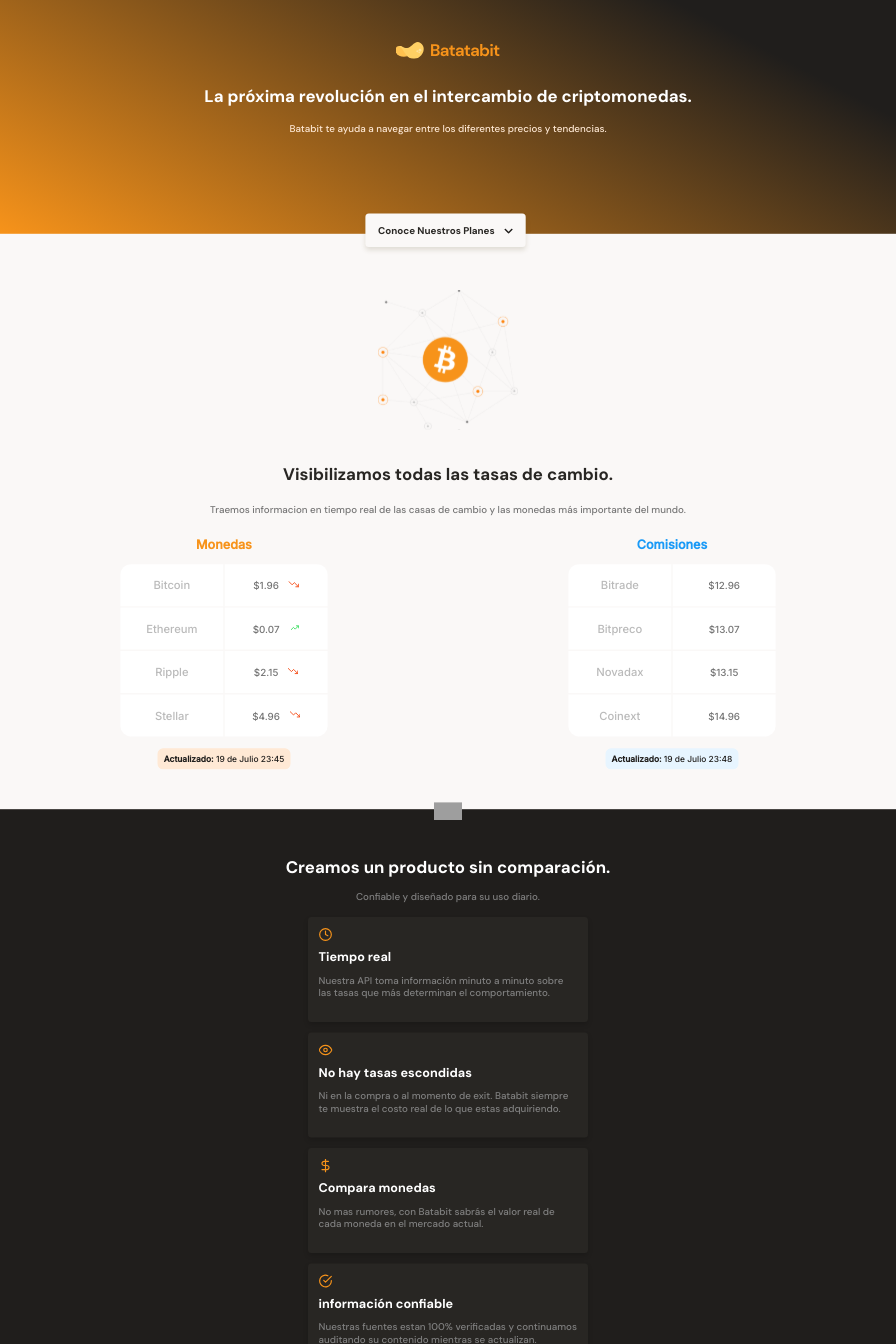
Repository: EnzoSz/Mobile-First
Page: index.html
These files come from the project's save history. The page is drawn as it stood at one moment and after the next save; the edit follows.
The browser window is 1280 px wide. The pictures show the part of the page from y = 0 to 1920 px (the page is 2982 px tall), at 70% of full size.
Pictures or frames that could not be fetched are drawn as grey boxes.

Above is the page before, as saved 2021-02-05 13:20:57.

### index.html
<!DOCTYPE html>
<html lang="en">
<head>
    <meta charset="UTF-8">
    <meta name="viewport" content="width=device-width, initial-scale=1.0">
    <title>Document</title>
    <link rel="preconnect" href="https://fonts.gstatic.com">
    <link href="https://fonts.googleapis.com/css2?family=DM+Sans:wght@400;500;700&family=Inter:wght@300;500&display=swap" rel="stylesheet">
    <link rel="stylesheet" href="./estilos.css">
</head>
<body>
    <header>
        <img src="./assets/img/logo.svg" alt="">
        <div class="header--title-container">
            <h1>La próxima revolución en el intercambio de criptomonedas.</h1>
            <p>Batabit te ayuda a navegar entre los diferentes precios y tendencias.</p>
            <a href="#plans" class="header--button">Conoce Nuestros Planes <span></span></a>
        </div>
    </header>
    <main>
        <section class="main-exchange-container">
            <div class="backgroundImg"></div>
            <div class="main.exchange-container--title">
                <h2>Visibilizamos todas las tasas de cambio.</h2>
                <p>
                    Traemos informacion en  tiempo real de las casas de cambio y las monedas más importante del mundo.

                </p>
            </div>
            <section class="main-tables-container">
                <div class="main-currency-table">
                    <p class="currency-table--title">Monedas</p>
                    <div class="currency-table--container">
                        <table>
                            <tr>
                                <td class="table__top-left">Bitcoin</td>
                                <td class="table__top-right table__right">$1.96 <span class="down"></span></td>
                            </tr>
                            <tr>
                                <td>Ethereum</td>
                                <td class="table__right">$0.07 <span class="up"></span></td>
                            </tr>
                            <tr>
                                <td>Ripple</td>
                                <td class="table__right">$2.15 <span class="down"></span></td>
                            </tr>
                            <tr>
                                <td class="table__bottom-left">Stellar</td>
                                <td class="table__bottom-right table__right">$4.96 <span class="down"></span></td>
                            </tr>
                        </table>
                    </div>
                    <div class="currency-table-date">
                        <p>
                            <b>Actualizado:</b> 19 de Julio 23:45
                        </p>
                    </div>
                </div>
                <div class="main-commissions-table">
                    <p class="commissions-table--title">Comisiones</p>
                    <div class="commissions-table--container">
                        <table>
                            <tr>
                                <td class="table__top-left">Bitrade</td>
                                <td class="table__top-right table__right">$12.96</td>
                            </tr>
                            <tr>
                                <td>Bitpreco</td>
                                <td class="table__right">$13.07</td>
                            </tr>
                            <tr>
                                <td>Novadax</td>
                                <td class="table__right">$13.15</td>
                            </tr>
                            <tr>
                                <td class="table__bottom-left">Coinext</td>
                                <td class="table__bottom-right table__right">$14.96</td>
                            </tr>
                        </table>
                    </div>
                    <div class="commissions-table-date">
                        <p>
                            <b>Actualizado:</b> 19 de Julio 23:48
                        </p>
                    </div>
                </div>
            </section>
        </section>
        <section class="main-product-detail">
            <span class="product-detail--batata-logo"></span>
            <div class="product-detail--title">
                <h2>
                    Creamos un producto sin comparación.
                </h2>
                <p>
                    Confiable y diseñado para su uso diario.
                </p>
            </div>
            <section class="product-cards--container">
                <article class="product-detail--card">
                    <span class="icon-card clock"></span>
                    <p class="product--card-title">Tiempo real</p>
                    <p class="product--card-body">
                        Nuestra API toma información minuto a minuto sobre las tasas que más determinan el comportamiento.
                    </p>
                </article>
                <article class="product-detail--card">
                    <span class="icon-card eye "></span>
                    <p class="product--card-title">No hay tasas escondidas</p>
                    <p class="product--card-body">
                        Ni en la compra o al momento de exit. Batabit siempre te muestra el costo real de lo que estas adquiriendo.
                    </p>
                </article>
                <article class="product-detail--card">
                    <span class="icon-card dollar "></span>
                    <p class="product--card-title">Compara monedas</p>
                    <p class="product--card-body">
                        No mas rumores, con Batabit sabrás el valor real de cada moneda en el mercado actual.
                    </p>
                </article>
                <article class="product-detail--card">
                    <span class="icon-card check "></span>
                    <p class="product--card-title">información confiable</p>
                    <p class="product--card-body">
                        Nuestras fuentes estan 100% verificadas y continuamos auditando su contenido mientras se actualizan.
                    </p>
                </article>
            </section>

        </section>
        <section class="bitcoin-img-container">
            <h2>Conócelo hoy.</h2>
        </section>
        <section id="plans" class="main-plans-container">
            <div class="plans--title">
                <h2>Escoge un plan que mejor se ajuste a ti.</h2>
                <p>Cualquier plan te da acceso completo a nuestra plataforma.</p>
            </div>
            <section class="plans-container--slider">
                <article class="plan-container--card">
                    <p class="recomendado">Recomendado</p>
                    <div class="plan-info-container">
                        <h3 class="plan-card--title">Pago Anual</h3>
                        <p class="plan-card--price"><span>$</span>99</p>
                        <p class="plan-card--saving">* Ahorras $129 comparado al plan mensual.</p>
                        <button class="plan-card--ca">Escoger este <span></span></button>
                    </div>
                </article>
                <article class="plan-container--card">
                    <p class="basico">Basico</p>
                    <div class="plan-info-container">
                        <h3 class="plan-card--title">Pago Mensual</h3>
                        <p class="plan-card--price"><span>$</span>150</p>
                        <p class="plan-card--saving">* Contas con todos los beneficios.</p>
                        <button class="plan-card--ca">Escoger este <span></span></button>
                    </div>
                </article>
                <article class="plan-container--card">
                    <p class="premium">Premiun</p>
                    <div class="plan-info-container">
                        <h3 class="plan-card--title">Pago Anual</h3>
                        <p class="plan-card--price"><span>$</span>200</p>
                        <p class="plan-card--saving">* Podrás invitar a un familiar o amigo.</p>
                        <button class="plan-card--ca">Escoger este <span></span></button>
                    </div>
                </article>
            </section>
        </section>
    </main>
    <footer></footer>
</body>
</html>

### estilos.css
/*
1. Posicionamiento
2. Modelo de caja (Box model)
3. Tipografía
4. Visuales
5. Otros
*/
:root {
    /*Colores */
    --bitcoin-orange: #F7931A;
    --soft-orange: #FFE9D5;
    --secondary-blue: #1A9AF7;
    --soft-blue: #E7F5FF;
    --warm-black: #201E1C;
    --warm-black1: #282623;
    --grey: #BABABA;
    --off-white: #FAF8F7;
    --just-white: #FFFFFF;
}
* {
    box-sizing: border-box;
    margin: 0;
    padding: 0;
}
html {
    font-size: 62.5%;
    font-family: 'DM Sans', sans-serif;
}
header {
    position: relative;
    display: flex;
    flex-direction: column;
    justify-content: center;
    width: 100%;
    min-width: 32rem;
    height: 33.4rem;
    text-align: center;
    background: linear-gradient(207.8deg, #201E1C 16.69%, #F7931A 100%);;
}
header img {
    width: 15rem;
    height: 2.4rem;
    margin-top: 6.0rem;
    align-self:center;
}
.header--title-container {
    width: 90%;
    min-width: 28.8rem;
    max-width: 90rem;
    height: 21.8rem;
    margin-top: 4rem;
    text-align: center;
    align-self:center;

}
.header--title-container h1 {
    font-size: 2.4rem;
    font-weight: bold;
    line-height: 2.6rem;
    color: var(--just-white);
}
.header--title-container p {
    margin-top: 25px;
    font-size: 1.4rem;
    font-weight: 500;
    line-height: 1.8rem;
    color: var(--soft-orange);
}
.header--title-container .header--button {
    position: absolute;
    left: calc(50% - 118px);
    top: 270px;
    display: block;
    margin-top: 35px;
    padding: 15px;
    width: 229px;
    height: 48px;
    background-color: var(--off-white);
    /*Sombra*/
    box-shadow: 0px 4px 8px rgba(89, 73, 30, 0.16);
    border: none;
    border-radius: 5px;
    font-size: 1.4rem;
    font-weight: bold;
    text-decoration: none;
    color: var(--warm-black1);
}
.header--button span {
    display: inline-block;
    width: 13px;
    height: 8px;
    margin-left: 10px;
    background-image: url('./assets/icons/arrow-down.svg');
}
main {
    width: 100%;
    height: auto;
    background-color: var(--off-white);
}
.main-exchange-container {
    width: 100%;
    height: auto;
    padding-top: 80px;
    padding-bottom: 30px;
    text-align: center;
}
.main-exchange-container--title {
    width: 90%;
    min-width: 288px;
    max-width: 900px;
    margin: 0 auto;
}
.main-exchange-container .backgroundImg {
    width: 200px;
    height: 200px;
    margin: 0 auto;
    margin-bottom: 50px;
    background-image:url('./assets/img/bitcoin.svg');
    background-size: cover;
    background-position: center;
    background-repeat: no-repeat;
}
.main-exchange-container h2 {
    margin-bottom: 30px;
    font-size: 2.4rem;
    font-weight: bold;
    line-height: 2.6rem;
    color: var(--warm-black1);
}
.main-exchange-container p {
    margin-bottom: 30px;
    font-size: 1.4rem;
    font-weight: 500;
    line-height: 1.6rem;
    color: #757575;
}
.main-tables-container {
    display: flex;
    height: 360px;
    overflow-x: scroll;
    overscroll-behavior: contain;
    scroll-snap-type: x proximity;
}
.main-currency-table, .main-commissions-table {
    width: 70%;
    min-width: 235px;
    max-width: 500px;
    height: 360px;
    margin: 0 auto;
    font-family: "Inter", sans-serif;
}
.main-currency-table .currency-table--title {
    margin-bottom: 15px;
    font-size: 1.8rem;
    font-weight: bold;
    line-height: 2.3rem;
    color: var(--bitcoin-orange);
}
.currency-table--container, .commissions-table--container {
    width: 90%;
    min-width: 230px;
    max-width: 300px;
    height: 250px;
    margin: 0 auto;
}
.currency-table--container table, .commissions-table--container table {
    width: 100%;
    height: 100%;
}
.currency-table--container td, .commissions-table--container td {
    width: 50%;
    font-size: 1.6rem;
    font-weight: 500;
    line-height: 1.9rem;
    color: var(--grey);
    background-color: var(--just-white);
}
.currency-table--container .table__top-left, .commissions-table--container .table__top-left {
    border-radius: 15px 0 0 0;
}
.currency-table--container .table__top-right, .commissions-table--container .table__top-right {
    border-radius: 0 15px 0 0;
}
.currency-table--container .table__bottom-left, .commissions-table--container .table__bottom-left {
    border-radius: 0 0 0 15px;
}
.currency-table--container .table__bottom-right, .commissions-table--container .table__bottom-right {
    border-radius: 0 0 15px 0;
}
.currency-table--container .table__right, .commissions-table--container .table__right {
    font-size: 1.4rem;
    font-weight: normal;
    line-height: 1.7rem;
    color: #757575;
}
.currency-table--container .down {
    display: inline-block;
    width: 15px;
    height: 15px;
    margin-left: 10px;
    background-image: url('./assets/icons/trending-down.svg');
    background-size: cover;
    background-position: center;
    background-repeat: no-repeat;
}
.currency-table--container .up {
    display: inline-block;
    width: 15px;
    height: 15px;
    margin-left: 10px;
    background-image:url('./assets/icons/trending-up.svg');
    background-position: center;
    background-repeat:no-repeat;
}
.currency-table-date {
    width: 190px;
    height: 30px;
    margin: 0 auto;
    margin-top: 15px;
    padding: 8px;
    background-color: var(--soft-orange);
    border-radius: 8px;
}
.currency-table-date p {
    font-size: 1.2rem;
    line-height: 1.5rem;
    color: var(--warm-black);
}
.main-commissions-table .commissions-table--title {
    margin-bottom: 15px;
    font-size: 1.8rem;
    font-weight: bold;
    line-height: 2.3rem;
    color: var(--secondary-blue);
}
.commissions-table-date {
    width: 190px;
    height: 30px;
    margin: 0 auto;
    margin-top: 15px;
    padding: 8px;
    background-color: var(--soft-blue);
    border-radius: 8px;
}
.commissions-table-date p {
    font-size: 1.2rem;
    line-height: 1.5rem;
    color: var(--warm-black);
}
.main-product-detail {
    position: relative;
    width: 100%;
    min-width: 320px;
    height: auto;
    padding: 20px 10px;
    background-color: var(--warm-black);
}
.product-detail--batata-logo {
    position: absolute;
    width: 40px;
    height: 25px;
    top: -10px;
    left: calc(50% - 20px);
    background-image: url('./assets/icons/batata.svg');
}
.product-detail--title {
    width: 90%;
    min-width: 288px;
    height: auto;
    margin: 0 auto;
    margin-top: 50px;
    text-align: center;
}
.product-detail--title h2 {
    margin-bottom: 20px;
    font-size: 2.4rem;
    font-weight: bold;
    line-height: 2.6rem;
    color: var(--just-white);
}
.product-detail--title p {
    margin-bottom: 20px;
    font-size: 1.4rem;
    font-weight: 500;
    line-height: 1.8rem;
    color: #808080;
}
.product-detail--card {
    width: 90%;
    min-width: 288px;
    max-width: 400px;
    min-height: 150px;
    margin: 15px auto;
    padding: 15px;
    background-color:var(--warm-black1);
    border-radius: 5px;
    box-shadow: 0 4px 8px rgba(0, 0, 0, 0.16);
}
.product-detail--card .icon-card {
    display: inline-block;
    width: 20px;
    height: 20px;
    margin-bottom: 10px;
    background-size: cover;
    background-position: center;
    background-repeat: no-repeat;
}
.clock {
    background-image: url('./assets/icons/clock.svg');
}
.product--card-title {
    margin-bottom: 15px;
    font-size: 1.8rem;
    font-weight: bold;
    line-height: 1.8rem;
    color: var(--just-white);
}
.product--card-body {
    font-size: 1.4rem;
    font-weight: 500;
    line-height: 1.8rem;
    color: #808080;
}
.eye {
    background-image: url('./assets/icons/eye.svg');
}
.dollar {
    background-image: url('./assets/icons/dollar-sign.svg');
}
.check {
    background-image: url('./assets/icons/check-circle.svg');
}
.bitcoin-img-container {
    width: 100%;
    min-width: 320px;
    height: 60vh;
    background-image: url('./assets/img/bitcoinbaby1.jpg');
    background-position: center;
    background-size: cover;
    background-repeat: no-repeat;
    text-align: center;
}
.bitcoin-img-container h2 {
    padding-top: 30px;
    font-size: 2.4rem;
    font-weight: bold;
    line-height: 2.6rem;
    color: var(--just-white);
}
.main-plans-container {
    width: 100%;
    min-width: 320px;
    padding-bottom: 70px;
    text-align: center;

}
.plans--title {
    width: 90%;
    min-width: 288px;
    height: auto;
    margin: 0 auto;
    margin-bottom: 50px;
}
.plans--title h2 {
    padding-top: 50px;
    font-size: 2.4rem;
    font-weight: bold;
    line-height: 2.6rem;
    color: var(--warm-black);
}
.plans--title p {
    padding-top: 30px;
    font-size: 1.4rem;
    font-weight: 500;
    line-height: 1.8rem;
    color: #757575;
}
.plan-container--card {
    position: relative;
    scroll-snap-align: center;
    width: 70%;
    min-width: 230px;
    max-width: 300px;
    height: 250px;
    margin: 50px 10px 0;
    padding: 0 15px;
    background-color: var(--just-white);
    border-radius: 15px;
    box-shadow: 0 4px 8px rgba(89, 73,30, 0.16);
}
.recomendado, .basico, .premium {
    position: absolute;
    width: 120px;
    height: 31px;
    top: -15px;
    left: calc(50% - 60px);
    font-size: 1.2rem;
    background-color: var(--bitcoin-orange);
    border-radius: 8px;
    color: var(--just-white);
    padding: 6px;
}
.plan-card--title {
    padding-top: 30px;
    font-size: 1.4rem;
    font-weight: 500;
    line-height: 1.8rem;
    color: black;

}
.plan-card--price {
    padding: 5px 0;
    font-size: 5.2rem;
    font-weight: bold;
    line-height: 5.3rem;
    color: black;
}
.plan-card--price span {
    font-size: 1.2rem;
    font-weight: 300;
    vertical-align: text-top;
}
.plan-card--saving {
    font-size: 1.2rem;
    color: #757575;
}
.plan-card--ca {
    width: 150px;
    height: 48px;
    margin-top: 20px;
    background-color: #FAF8F7;
    border: 2px solid var(--bitcoin-orange);
    border-radius: 4px;
    font-size: 1.4rem;
    font-family: 'DM Sans', sans-serif;
    font-weight: bold;
    line-height: 1.8rem;
    color: var(--warm-black);

}
.plan-card--ca span {
    display: inline-block;
    width: 20px;
    height: 20px;
    background-image: url('./assets/icons/arrow-right.svg');
    vertical-align: text-bottom;
}
.plans-container--slider {
    display: flex;
    height: 316px;
    overflow-x: scroll;
    overscroll-behavior: contain;
    scroll-snap-type: x proximity;
}

After the next save:
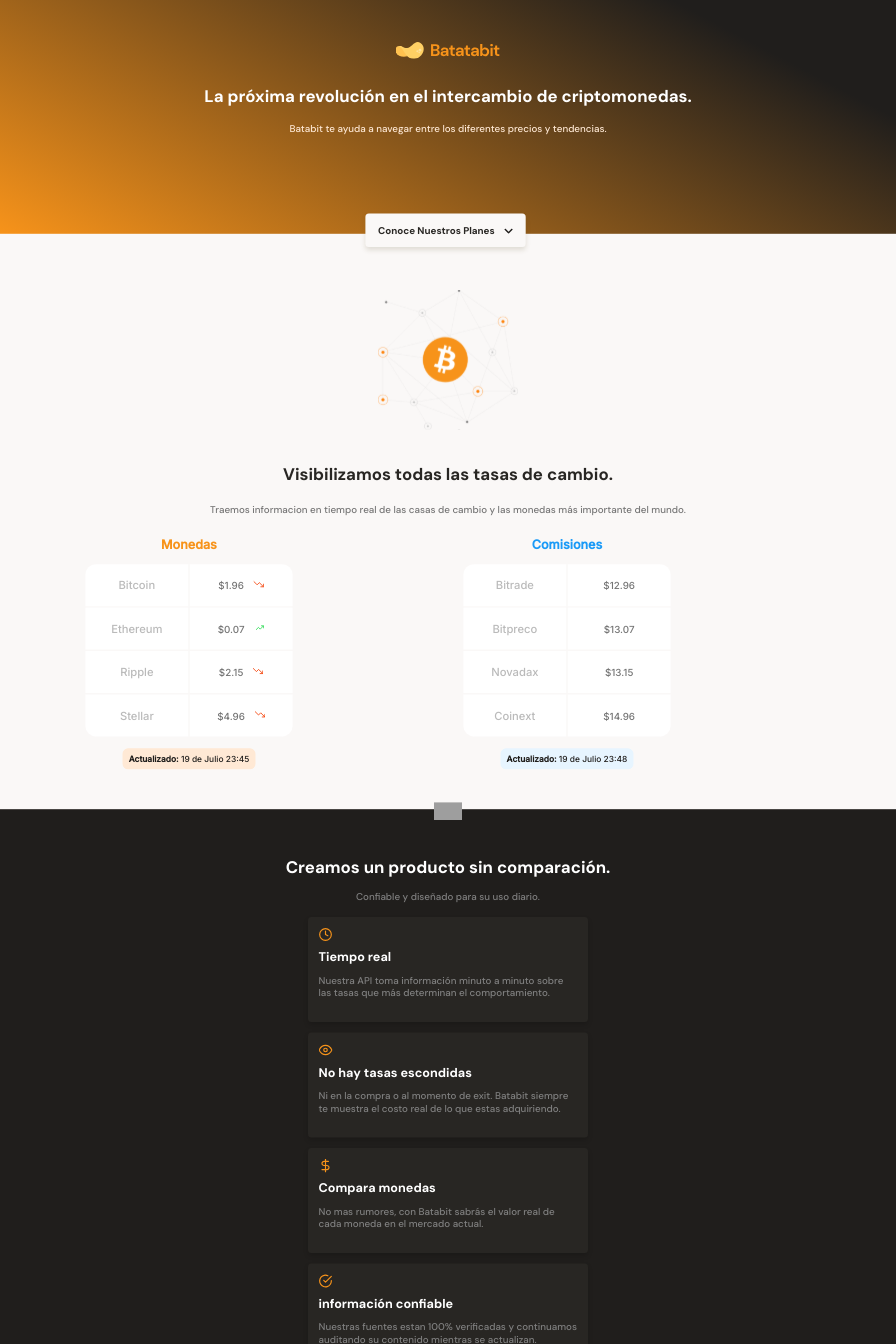
Saved 2 min 10 s later.
--- a/estilos.css
+++ b/estilos.css
@@ -143,10 +143,11 @@
 }
 .main-currency-table, .main-commissions-table {
     width: 70%;
+    scroll-snap-align: center;
     min-width: 235px;
     max-width: 500px;
     height: 360px;
-    margin: 0 auto;
+    margin: 0 20px;
     font-family: "Inter", sans-serif;
 }
 .main-currency-table .currency-table--title {
